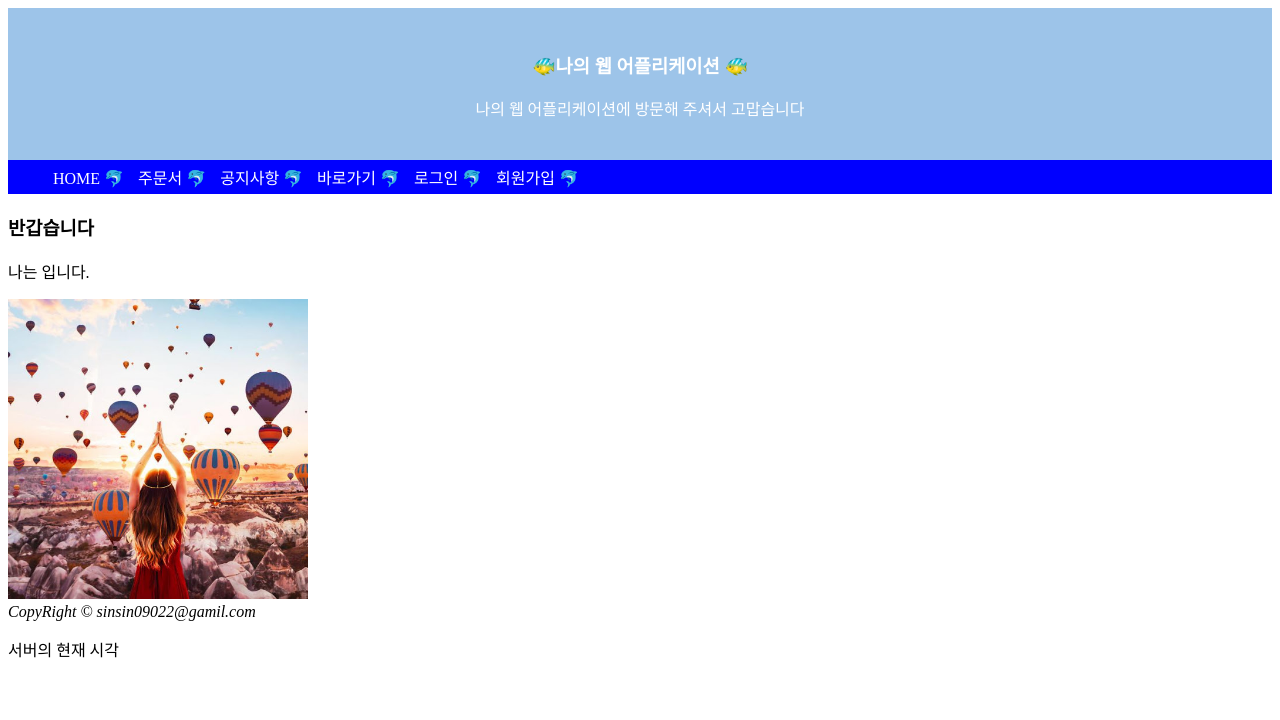
Repository: haetsalshin/Biz_506_2020_07_SpringMVC
Page: http://localhost/SpMVC_001_Order/WEB-INF/views/order/view.jsp
The author's editor kept a copy of each file at every save. The page is drawn from the files as they stood at one save, then again after the next save.
The browser window is 1280 px wide. The pictures show the whole page.
The page is served by Tomcat 9. Nobody is signed in. The template is opened directly, without the code that normally fills it, so the values that code supplies are empty.

Above is the page before, as saved 2020-07-30 02:37:40.

After the next save:
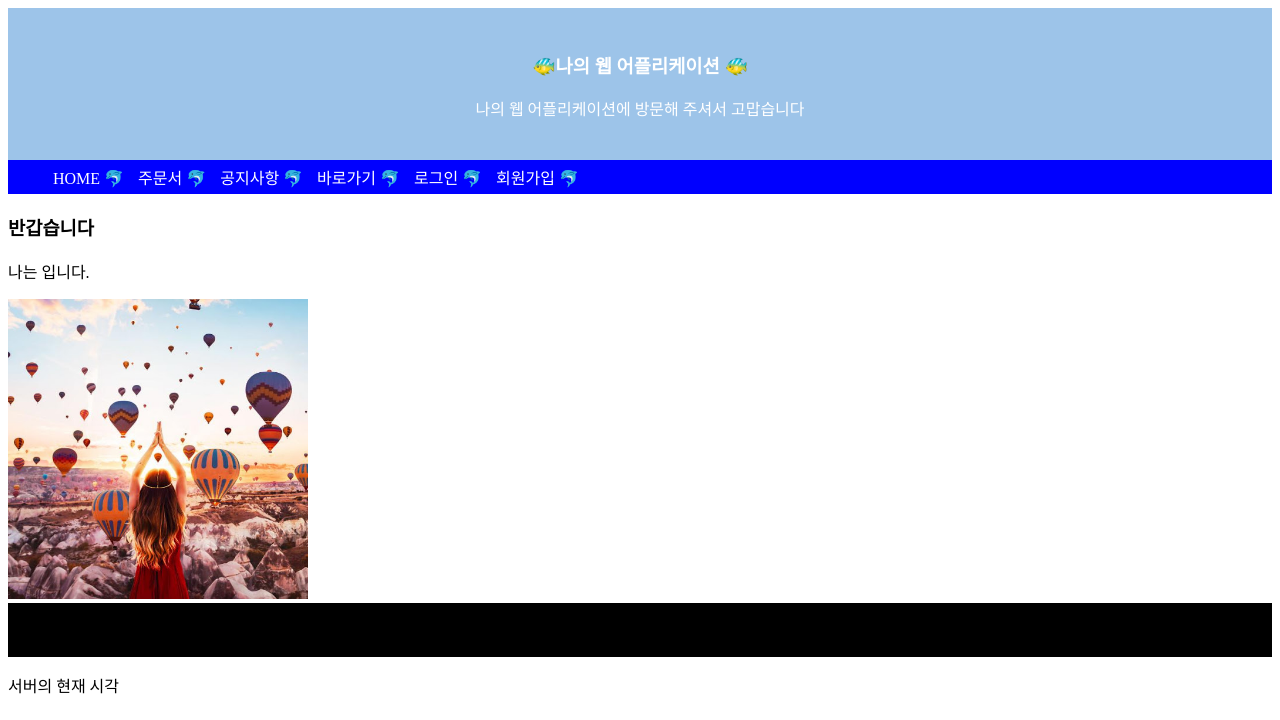
Saved 50 s later.
--- a/SpMVC_001_Order/src/main/webapp/resources/css/main.css
+++ b/SpMVC_001_Order/src/main/webapp/resources/css/main.css
@@ -44,3 +44,13 @@
             color: white;
             text-decoration: none;
         }
+
+
+footer{
+		background-color : black;
+		text-align : center;
+		padding : 1.1rem;
+
+
+	}
+}
